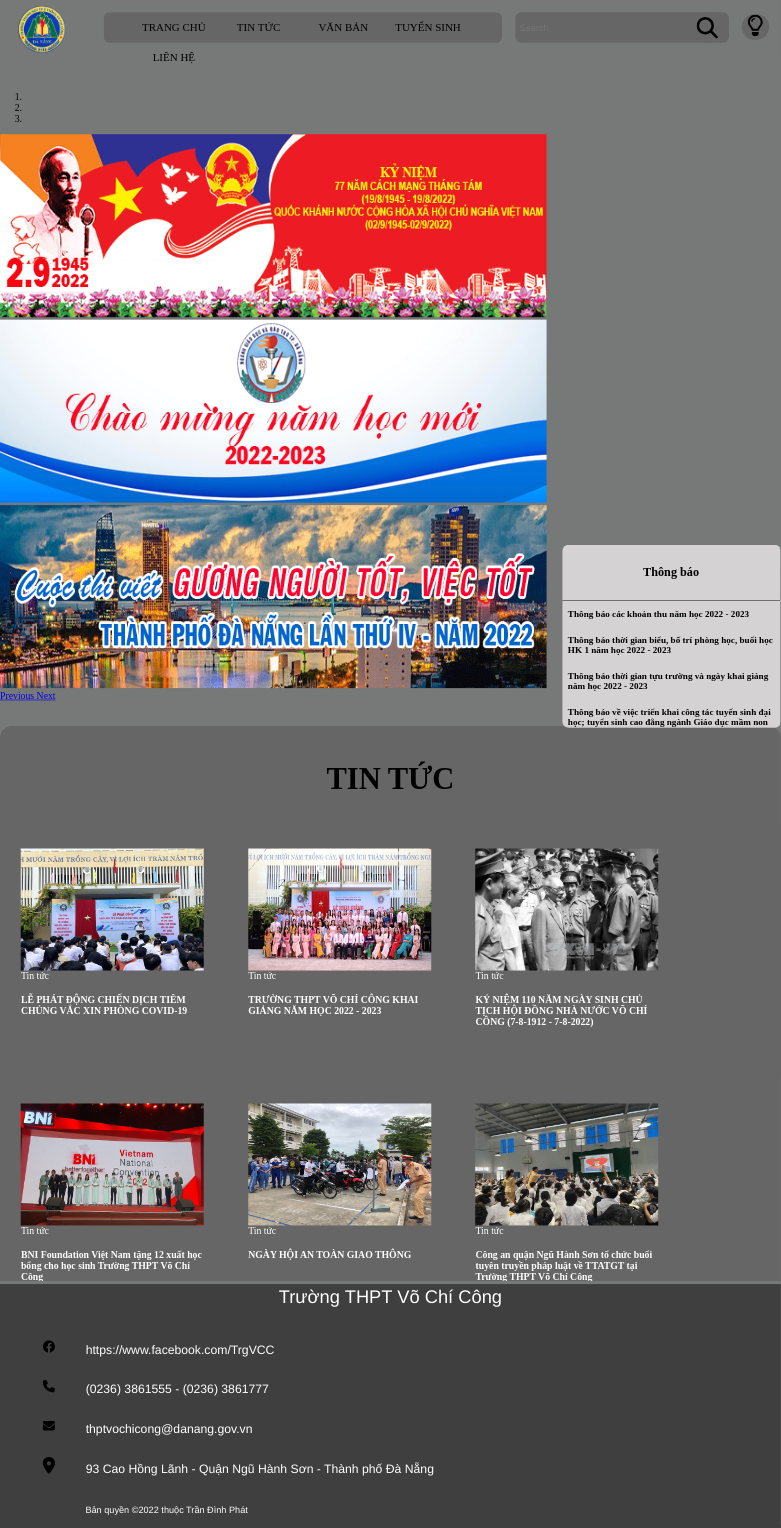
Repository: dphasst17/THPTVCC
Page: index.html
The author's editor kept a copy of each file at every save. The page is drawn from the files as they stood at one save, then again after the next save.
The browser window is 1280 px wide. The pictures show the whole page, at 61% of full size.

Above is the page before, as saved 2022-10-17 12:42:01.

### index.html
<!DOCTYPE html>
<html lang="en">
<head>
    <meta charset="UTF-8">
    <meta http-equiv="X-UA-Compatible" content="IE=edge">
    <meta name="viewport" content="width=device-width, initial-scale=1.0">
    <link rel="stylesheet" href="https://maxcdn.bootstrapcdn.com/bootstrap/3.4.1/css/bootstrap.min.css">
    <script src="https://ajax.googleapis.com/ajax/libs/jquery/3.6.0/jquery.min.js"></script>
    <script src="https://maxcdn.bootstrapcdn.com/bootstrap/3.4.1/js/bootstrap.min.js"></script>
    <script src="index.js"></script>
    <link rel="stylesheet" href="style.css">
    <title>Trường THPT Võ Chí Công</title>
</head>
<body>
    <header>
        <div class="logo">
            <a href="#">
                <img src="img/logo.png" alt="">
            </a>
        </div>
        <div class="nav">
            <ul>
                <li><a href="./index.html" target="_self">TRANG CHỦ</a></li>
                <li><a href="./new/new.html" target="page">TIN TỨC</a></li>
                <li><a href="./document/document.html" target="page">VĂN BẢN</a></li>
                <li><a href="./admissions/admissions.html" target="page">TUYỂN SINH</a></li>
                <li><a href="#contact">LIÊN HỆ</a></li>
            </ul>
        </div>
        <div class="search">
            <input placeholder="Search" spellCheck="false"/>
            <div class="icon-search">
                <svg xmlns="http://www.w3.org/2000/svg" viewBox="0 0 512 512"><path d="M416 208c0 45.9-14.9 88.3-40 122.7L502.6 457.4c12.5 12.5 12.5 32.8 0 45.3s-32.8 12.5-45.3 0L330.7 376c-34.4 25.2-76.8 40-122.7 40C93.1 416 0 322.9 0 208S93.1 0 208 0S416 93.1 416 208zM208 352c79.5 0 144-64.5 144-144s-64.5-144-144-144S64 128.5 64 208s64.5 144 144 144z"strokeWidth="4" stroke="#fff"/></svg>
            </div>
        </div>
        <div class="user">
            <svg xmlns="http://www.w3.org/2000/svg" viewBox="0 0 448 512">
                <path d="M224 256c70.7 0 128-57.3 128-128S294.7 0 224 0S96 57.3 96 128s57.3 128 128 128zm-45.7 48C79.8 304 0 383.8 0 482.3C0 498.7 13.3 512 29.7 512H418.3c16.4 0 29.7-13.3 29.7-29.7C448 383.8 368.2 304 269.7 304H178.3z"/>
            </svg>
            <div class="user_infor">
                <a href="./login.html">Login</a>
            </div>
        </div>
        <div class="dark_mode">
            <div>
                <button id="dark">
                    <svg xmlns="http://www.w3.org/2000/svg" viewBox="0 0 384 512">
                        <path d="M272 384c9.6-31.9 29.5-59.1 49.2-86.2l0 0c5.2-7.1 10.4-14.2 15.4-21.4c19.8-28.5 31.4-63 31.4-100.3C368 78.8 289.2 0 192 0S16 78.8 16 176c0 37.3 11.6 71.9 31.4 100.3c5 7.2 10.2 14.3 15.4 21.4l0 0c19.8 27.1 39.7 54.4 49.2 86.2H272zM192 512c44.2 0 80-35.8 80-80V416H112v16c0 44.2 35.8 80 80 80zM112 176c0 8.8-7.2 16-16 16s-16-7.2-16-16c0-61.9 50.1-112 112-112c8.8 0 16 7.2 16 16s-7.2 16-16 16c-44.2 0-80 35.8-80 80z"/>
                    </svg>
                </button>
            </div>
            <div>
                <button id="light">
                    <svg xmlns="http://www.w3.org/2000/svg" viewBox="0 0 384 512">
                        <path d="M112.1 454.3c0 6.297 1.816 12.44 5.284 17.69l17.14 25.69c5.25 7.875 17.17 14.28 26.64 14.28h61.67c9.438 0 21.36-6.401 26.61-14.28l17.08-25.68c2.938-4.438 5.348-12.37 5.348-17.7L272 415.1h-160L112.1 454.3zM192 0C90.02 .3203 16 82.97 16 175.1c0 44.38 16.44 84.84 43.56 115.8c16.53 18.84 42.34 58.23 52.22 91.45c.0313 .25 .0938 .5166 .125 .7823h160.2c.0313-.2656 .0938-.5166 .125-.7823c9.875-33.22 35.69-72.61 52.22-91.45C351.6 260.8 368 220.4 368 175.1C368 78.8 289.2 .0039 192 0zM288.4 260.1c-15.66 17.85-35.04 46.3-49.05 75.89h-94.61c-14.01-29.59-33.39-58.04-49.04-75.88C75.24 236.8 64 206.1 64 175.1C64 113.3 112.1 48.25 191.1 48C262.6 48 320 105.4 320 175.1C320 206.1 308.8 236.8 288.4 260.1zM176 80C131.9 80 96 115.9 96 160c0 8.844 7.156 16 16 16S128 168.8 128 160c0-26.47 21.53-48 48-48c8.844 0 16-7.148 16-15.99S184.8 80 176 80z"/>
                    </svg>
                </button>
            </div>
        </div>
    </header>
    <article>
        <iframe name="page" src="./home.html" frameborder="0" >
        </iframe>
    </article>
    <div id="contact" class="contact">
        <p>Trường THPT Võ Chí Công</p>
        <div class="contact_container">
            <div class="svg">
                <svg xmlns="http://www.w3.org/2000/svg" viewBox="0 0 512 512">
                    <path d="M504 256C504 119 393 8 256 8S8 119 8 256c0 123.78 90.69 226.38 209.25 245V327.69h-63V256h63v-54.64c0-62.15 37-96.48 93.67-96.48 27.14 0 55.52 4.84 55.52 4.84v61h-31.28c-30.8 0-40.41 19.12-40.41 38.73V256h68.78l-11 71.69h-57.78V501C413.31 482.38 504 379.78 504 256z"/></svg>
                    <a href="https://www.facebook.com/TrgVCC">https://www.facebook.com/TrgVCC</a>
            </div>
        </div>
        <div class="contact_container">
            <div class="svg">
                <svg xmlns="http://www.w3.org/2000/svg" viewBox="0 0 512 512">
                    <path d="M164.9 24.6c-7.7-18.6-28-28.5-47.4-23.2l-88 24C12.1 30.2 0 46 0 64C0 311.4 200.6 512 448 512c18 0 33.8-12.1 38.6-29.5l24-88c5.3-19.4-4.6-39.7-23.2-47.4l-96-40c-16.3-6.8-35.2-2.1-46.3 11.6L304.7 368C234.3 334.7 177.3 277.7 144 207.3L193.3 167c13.7-11.2 18.4-30 11.6-46.3l-40-96z"/></svg>
                    <a>(0236) 3861555 - (0236) 3861777</a>
            </div>
        </div>
        <div class="contact_container">
            <div class="svg">
                <svg xmlns="http://www.w3.org/2000/svg" viewBox="0 0 512 512">
                    <path d="M48 64C21.5 64 0 85.5 0 112c0 15.1 7.1 29.3 19.2 38.4L236.8 313.6c11.4 8.5 27 8.5 38.4 0L492.8 150.4c12.1-9.1 19.2-23.3 19.2-38.4c0-26.5-21.5-48-48-48H48zM0 176V384c0 35.3 28.7 64 64 64H448c35.3 0 64-28.7 64-64V176L294.4 339.2c-22.8 17.1-54 17.1-76.8 0L0 176z"/></svg>
                    <a>thptvochicong@danang.gov.vn</a>
            </div>
        </div>
        <div class="contact_container">
            <div class="svg">
                <svg xmlns="http://www.w3.org/2000/svg" viewBox="0 0 384 512">
                    <path d="M215.7 499.2C267 435 384 279.4 384 192C384 86 298 0 192 0S0 86 0 192c0 87.4 117 243 168.3 307.2c12.3 15.3 35.1 15.3 47.4 0zM192 256c-35.3 0-64-28.7-64-64s28.7-64 64-64s64 28.7 64 64s-28.7 64-64 64z"/></svg>
                    <a>93 Cao Hồng Lãnh - Quận Ngũ Hành Sơn - Thành phố Đà Nẵng</a>
            </div>
        </div>
        <h3 style="color:white;margin-left:140px;margin-top:50px;font-size:15px;">Bản quyền ©2022 thuộc Trần Đình Phát</h3>
    </div>
</body>
</html>

### index.js
$(document).ready(function(){
    $('.user').click(function(){
        $('.user_infor').fadeToggle('user_info')
    })
})

/* Dark - Light mode */
$(document).ready(function(){
	$('#dark').click(function(){
    	$('body').css("background-color","rgb(119, 120, 120)")
        $('.nav, .search, .search>input, .user, #new, #document, #admissions').css("background-color","rgb(103, 102, 102)")
        $('.notification').css("background-color","#f4f2f2bd")
        $('.nav, .search, .user,#dark, .notification').css("border-style","none")
        $('h4').css("color","white")
        $('#dark').css("display","none")
        $('#light').css("display","block")
    });
    $('#light').click(function(){
    	$('body').css("background-color","rgb(239, 236, 236)")
        $('.nav, .search, .search>input, .user, .notification, #new, #document, #admissions, #dark').css("background-color","rgb(247, 246, 246)")
        $('.nav, .search, .user,#dark, .notification').css("border-style","solid")
        $('.search>input').css("color","#000")
        $('h4').css("color","black")
        $('#light').css("display","none")
        $('#dark').css("display","block")
    })
})


$(document).ready(function(){
    $('#light').click(function(){
        $('new>body').css("background-color","rgb(239, 236, 236)")
    })
})

### style.css
html{
    scroll-behavior: smooth;
}
body{
    margin:0;
    text-decoration:none;
    background-color:rgb(119, 120, 120);
}
header{
    width:100%;
    height:100px;
    top:0;
    left:0;
    right:0;
    position:relative;
    z-index: 111;
}
.logo img{
    width:6%;
    margin:10px 30px;
    position:absolute;
}
.nav{
    position:absolute;
    width:51%;
    height:50px;
    background-color:rgb(103, 102, 102);
    border-radius:10px;
    margin:20px 170px;
}
.nav ul li{
    display:inline-block;
    width:120px;
    margin-left:15px;
    text-decoration:none;
    line-height: 44px;
    text-align:center;
}
.nav a{
    font-family: "Times New Roman", Times, serif;
    display:block;
    width:120px;
    height:50px;
    text-decoration:none;
    font-size:18px;
    color:black;
    line-height: 48px;
}
.search{
    width: 350px;
    height: 50px;
    position: absolute;
    background-color: rgb(103, 102, 102);
    margin-left: 66%;
    margin-top:20px;
    border-radius: 10px;
}
.search input{
    width:340px;
    height:40px;
    margin:5px;
    border-style:none;
    background-color:rgb(103, 102, 102);
    color:#fff;
    outline: none;
    font-size:15px;
}
.icon-search{
    position: absolute;
    background-color: transparent;
    border: 0 none;
    width: 10%;
    margin: -12% 85%;
}
.user{
    width:50px;
    height:50px;
    float:right;
    margin:20px 90px;
    border-radius:50px;
    background-color:rgb(103, 102, 102);
}
.user svg{
    width: 60%;
    margin: 5px 10px;
}
.user a{
    color:tan;
    text-decoration:none;
}
.user_infor{
    display:none;
    width:100px;
    height:100px;
    background-color: rgb(103, 102, 102);
    border-radius:10px;
    margin: 10px -25px;
    text-align:center;
}
.user_infor button{
    border:none;
    background-color:rgb(103, 102, 102);
}

#dark{
    width:45px;
    position:absolute;
    border:none;
    background-color:rgb(103, 102, 102);
    display:none;
    margin-top:23px;
    margin-left:95%;
    border-radius:50px;
}
#light{
    width:45px;
    position:absolute;
    border:none;
    background-color:rgb(103, 102, 102);
    display:block;
    margin-top:23px;
    margin-left:95%;
    border-radius:50px;
}
#dark svg{
    width:80%;
}
#light svg{
    width:80%;
}
iframe{
    width:100%;
    height:4500px;
    max-height:2000px;
}

/* main Page */
.container{
    width:100%;
    height:4000px;
    margin:50px 0;
}
.carousel {
    position: relative;
    width: 70%;
}
.notification{
    width:28%;
    height:300px;
    float:right;
    border-radius:10px;
    margin-top:-20.1%;
    background: #f4f2f2bd;
    overflow: scroll;
    overflow-x:hidden;
}
.notification svg{
    position:absolute;
    width:15px;
    margin: 10px 140px;
}
.noti_content h5{
    text-decoration:none;
    font-size:15px;
    text-align: left;
    margin-left:10px;
    margin-top:13px;
}
.noti_content h5:hover{
    color:rgb(13, 37, 109);
}
.noti_content h8{
    position:absolute;
    font-size:10px;
    margin-top:10px;

}
.new{
    width:100%;
    height:1000px;
    background-color:rgb(103, 102, 102);
    margin-top:40px;
    border-radius:20px;
}
h1{
    color:black;
    text-align:center;
    font-size:50px;
}
.new_container{
    width:300px;
    height:350px;
    display:inline-flex;
    margin:25px 34.3px;
    flex-wrap: wrap;
    align-content: center;
}
.new_container img{
    width:300px;
    height:200px;
}
.new_container h4{
    color:#fff;
}
.new_container a{
    color:#fff;
    text-decoration:none;
}
.document{
    width:100%;
    height:900px;
    background-color:rgb(103, 102, 102);
    margin-top:40px;
    border-radius:20px;
}
.document img{
    width:300px;
    height:200px;
}
.document_container{
    width:300px;
    height:350px;
    display:inline-flex;
    margin: 10px 96.3px;
    flex-wrap: wrap;
    align-content: center;
}
.document_container h4{
    color:#fff;
}
.document_container a{
    color:#fff;
    text-decoration:none;
}
.admissions{
    width:100%;
    height:500px;
    background-color:rgb(103, 102, 102);
    margin-top:40px;
    border-radius:20px;
}
.admissions_container{
    width:300px;
    height:150px;
    display:inline-flex;
    margin: 70px 34px;
    flex-wrap: wrap;
    align-content: center;
}
.admissions_container img{
    width:300px;
    height:150px;
}
.admissions_container a{
    color:#fff;
    text-decoration:none;
}
.admissions_container h4{
    color:#fff;
}
.contact{
    width:100%;
    height:400px;
    background-color:rgb(64, 63, 63);
}
.contact h4{
    position:absolute;
    color:#fff;
    margin:50px 140px;
}
.contact p{
    color:#fff;
    text-align:center;
    font-size:30px;
}
.contact_container{
    display:inline-flex;
    width:90%;
    height:15%;
    margin-left:70px;
}
.svg {
    display:flex;
    position:absolute;
    width:80%;
    margin-top:30px;
}
.svg a{
    font-size: 20px;
    margin-left:50px;
    margin-top:10px;
    color:#fff;
}
.svg svg{
    width:2%;
}

### home.html
<!DOCTYPE html>
<html lang="en">
<head>
    <meta charset="UTF-8">
    <meta http-equiv="X-UA-Compatible" content="IE=edge">
    <meta name="viewport" content="width=device-width, initial-scale=1.0">
    <link rel="stylesheet" href="style.css">
    <title>Document</title>
</head>
<body>
    <div class="container">
        <div id="myCarousel" class="carousel slide" data-ride="carousel">
            <!-- Indicators -->
            <ol class="carousel-indicators">
              <li data-target="#myCarousel" data-slide-to="0" class="active"></li>
              <li data-target="#myCarousel" data-slide-to="1"></li>
              <li data-target="#myCarousel" data-slide-to="2"></li>
            </ol>

            <!-- Wrapper for slides -->
            <div class="carousel-inner">
              <div class="item active">
                <img src="img/1.png" alt="Los Angeles" style="width:100%;height:300px;">
              </div>

              <div class="item">
                <img src="img/2.png" alt="Chicago" style="width:100%;height:300px;">
              </div>

              <div class="item">
                <img src="img/3.gif" alt="New york" style="width:100%;height:300px;">
              </div>
            </div>

            <!-- Left and right controls -->
            <a class="left carousel-control" href="#myCarousel" data-slide="prev">
              <span class="glyphicon glyphicon-chevron-left"></span>
              <span class="sr-only">Previous</span>
            </a>
            <a class="right carousel-control" href="#myCarousel" data-slide="next">
              <span class="glyphicon glyphicon-chevron-right"></span>
              <span class="sr-only">Next</span>
            </a>
        </div>
        <div class="notification">
            <h5 style="text-align:center;color:#000;font-size:20px;">Thông báo</h5><hr style="margin:0;border-top: 1px solid #000;">
            <div class="noti_content">
                <h5>Thông báo các khoản thu năm học 2022 - 2023
                </h5>
                <h5>Thông báo thời gian biểu, bố trí phòng học, buổi học HK 1 năm học 2022 - 2023
                </h5>
                <h5>Thông báo thời gian tựu trường và ngày khai giảng năm học 2022 - 2023
                </h5>
                <h5>Thông báo về việc triển khai công tác tuyển sinh đại học; tuyển sinh cao đẳng ngành Giáo dục mầm non năm 2022
                </h5>
                <h5>Thông báo danh sách lớp 10, năm học 2022-2023
                </h5>
                <h5>Thông báo kết quả phúc khảo bài thi Kỳ thi tuyển sinh lớp 10 THPT năm học 2022 - 2023
                </h5>
                <h5>Thông báo kết quả phúc khảo bài thi Kỳ thi tuyển sinh lớp 10 THPT năm học 2022 - 2023
                </h5>
                <h5>Thông báo kết quả phúc khảo bài thi Kỳ thi tuyển sinh lớp 10 THPT năm học 2022 - 2023
                </h5>
                <h5>Thông báo kết quả phúc khảo bài thi Kỳ thi tuyển sinh lớp 10 THPT năm học 2022 - 2023
                </h5>
                <h5>Thông báo kết quả phúc khảo bài thi Kỳ thi tuyển sinh lớp 10 THPT năm học 2022 - 2023
                </h5>
            </div>
        </div>
        <div id="new" class="new">
            <h1><br/>TIN TỨC</h1>
            <div class="new_container">
                    <img src="img/tintuc/1.jpg" alt="">
                    <a>Tin tức</a>
                    <h4>LỄ PHÁT ĐỘNG CHIẾN DỊCH TIÊM CHỦNG VẮC XIN PHÒNG COVID-19</h4>
            </div>

            <div class="new_container">
                <img src="img/tintuc/2.jpg" alt="">
                <a>Tin tức</a>
                <h4>TRƯỜNG THPT VÕ CHÍ CÔNG KHAI GIẢNG NĂM HỌC 2022 - 2023</h4>
            </div>

            <div class="new_container">
                <img src="img/tintuc/3.jpg" alt="">
                <a>Tin tức</a>
                <h4>KỶ NIỆM 110 NĂM NGÀY SINH CHỦ TỊCH HỘI ĐỒNG NHÀ NƯỚC VÕ CHÍ CÔNG (7-8-1912 - 7-8-2022)</h4>
            </div>

            <div class="new_container">
                <img src="img/tintuc/5.jpg" alt="">
                <a>Tin tức</a>
                <h4>BNI Foundation Việt Nam tặng 12 xuất học bổng cho học sinh Trường THPT Võ Chí Công</h4>
            </div>

            <div class="new_container">
                <img src="img/tintuc/4.jpg" alt="">
                <a>Tin tức</a>
                <h4>NGÀY HỘI AN TOÀN GIAO THÔNG</h4>
            </div>

            <div class="new_container">
                <img src="img/tintuc/6.jpg" alt="">
                <a>Tin tức</a>
                <h4>Công an quận Ngũ Hành Sơn tổ chức buổi tuyên truyền pháp luật về TTATGT tại Trường THPT Võ Chí Công</h4>
            </div>

            <div class="new_container">
                <img src="img/tintuc/7.jpg" alt="">
                <a>Tin tức</a>
                <h4>Trường THPT Võ Chí Công tham quan, học tập tại nhà trưng bày Hoàng Sa và Bảo tàng Chăm vào ngày 24/4/2022.</h4>
            </div>

            <div class="new_container">
                    <img src="img/tintuc/8.jpg" alt="">
                    <a>Tin tức</a>
                    <h4>Kỉ niệm 91 năm ngày thành lập Đoàn TNCS Hồ Chí Minh (26/3/1931-26/3/2022)</h4>
            </div>
            <a href="./new/new.html" style="color:#000;float:right;font-size:25px;margin-right:20px;">Xem thêm</a>
        </div>
        <div id="document" class="document">
            <h1><br/>VĂN BẢN</h1>
            <div class="document_container">
                <img src="img/document/document.png" alt="">
                <a>Văn Bản</a>
                <h4>Công văn về việc tổ chức bồi dưỡng giáo viên sử dụng sách giáo khoa lớp 7, lớp 10 năm học 2022-2023</h4>
            </div>

            <div class="document_container">
                <img src="img/document/document.png" alt="">
                <a>Văn Bản</a>
                <h4>Cập nhật mã định danh cơ sở dữ liệu ngành giáo dục phổ thông đảm bảo sự đồng bộ giữa TEMIS và LMS</h4>
            </div>

            <div class="document_container">
                <img src="img/document/document.png" alt="">
                <a>Văn Bản</a>
                <h4>Kế hoạch dạy học trực tuyến cho học sinh (F0, F1 và có yếu tố dịch tễ)</h4>
            </div>

            <div class="document_container">
                <img src="img/document/document.png" alt="">
                <a>Văn Bản</a>
                <h4>Kế hoạch phòng, chống dịch Covid-19 và phương án xử trí khi có trường hợp mắc Covid-19 tiếp theo</h4>
            </div>

            <div class="document_container">
                <img src="img/document/document.png" alt="">
                <a>Văn Bản</a>
                <h4>Quyết định về việc điều chỉnh phân bổ dự toán chi ngân sách nhà nước năm 2021</h4>
            </div>

            <div class="document_container">
                <img src="img/document/document.png" alt="">
                <a>Văn Bản</a>
                <h4>Thông báo thời gian biểu dạy học trực tuyến từ ngày 22-11-2021 đến hết ngày 27-11-2021</h4>
            </div>
            <a href="./document/document.html" style="color:#000;float:right;font-size:25px;margin-right:20px;margin-top:-10px">Xem thêm</a>
        </div>
        <div id="admissions" class="admissions">
            <h1><br/>TUYỂN SINH</h1>
            <div class="admissions_container">
                <img src="img/tuyensinh/62bd6eef82783.png" alt="">
                <a>Tuyển sinh</a>
                <h4>THÍ SINH ĐỦ ĐIỂM CHUẨN VÀO TRƯỜNG THPT VÕ CHÍ CÔNG</h4>
            </div>

            <div class="admissions_container">
                <img src="img/tuyensinh/62bd721661331.png" alt="">
                <a>Tuyển sinh</a>
                <h4>Phiếu đăng kí nhập học vào Trường THPT Võ Chí Công năm học 2022-2023</h4>
            </div>

            <div class="admissions_container">
                <img src="img/tuyensinh/62105906d7bc2.png" alt="">
                <a>Tuyển sinh</a>
                <h4>Kế hoạch triển khai thực hiện Chương trình Giáo dục phổ thông năm 2018 đối với lớp 10, năm học 2022 - 2023</h4>
            </div>

            <div class="admissions_container">
                <img src="img/tuyensinh/611cfe00cd3bf.jpg" alt="">
                <a>Tuyển sinh</a>
                <h4>Kế hoạch thu nhận hồ sơ nhập học năm học 2022 - 2023</h4>
            </div>
            <a href="./admissions/admissions.html" style="color:#000;float:right;font-size:25px;margin-right:20px;">Xem thêm</a>
        </div>
    </div>
</body>
</html>

After the next save:
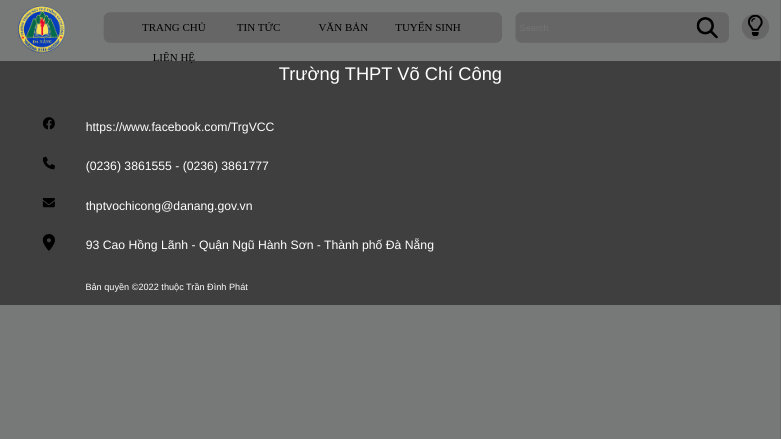
Saved 47 s later.
--- a/index.html
+++ b/index.html
@@ -58,10 +58,7 @@
             </div>
         </div>
     </header>
-    <article>
-        <iframe name="page" src="./home.html" frameborder="0" >
-        </iframe>
-    </article>
+
     <div id="contact" class="contact">
         <p>Trường THPT Võ Chí Công</p>
         <div class="contact_container">
